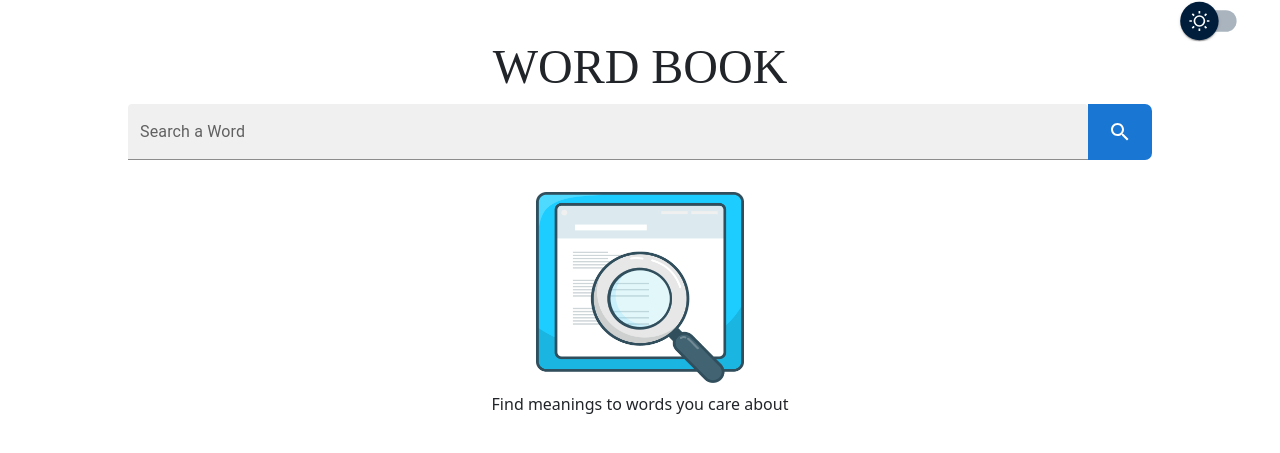
Repository: marveldev/my-dictionary
Page: /
These files come from the project's save history. The page is drawn as it stood at one moment and after the next save; the edit follows.
The browser window is 1280 px wide. The pictures show the whole page.
The project was rebuilt for these pictures with package versions that can differ from the ones it lists, and the page was loaded fresh each time. Also part of the build but not shown: src/components/themeSwitcher/MUISwitch.jsx.

Above is the page before, as saved 2022-05-22 16:23:50.

After the next save:
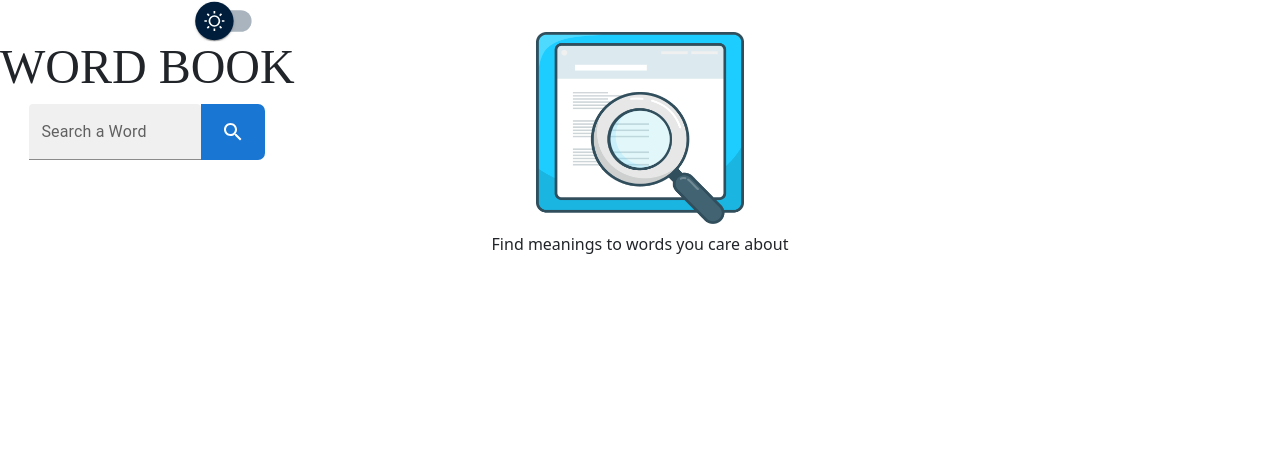
Saved 15 s later.
--- a/src/index.css
+++ b/src/index.css
@@ -7,6 +7,11 @@ body {
   width: 100%;
   height: 100%;
   transition: all 0.5s linear 0s;
+}
+
+.stuff {
+  position: fixed;
+  top: 0;
 }
 
 h1 {
